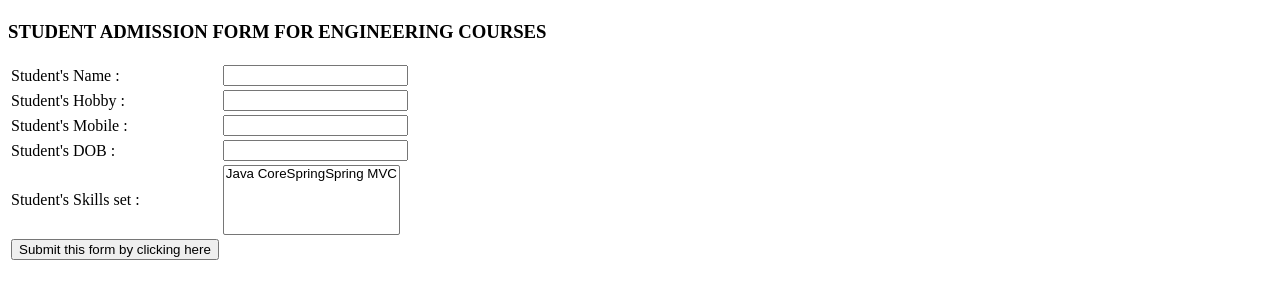
Repository: anujsachan89/Spring-MVC
Page: http://localhost/SpringMVC10/WEB-INF/jsp/AdmissionForm.jsp
These files come from the project's save history. The page is drawn as it stood at one moment and after the next save; the edit follows.
The browser window is 1280 px wide. The pictures show the whole page.
The page is served by Tomcat 9. Nobody is signed in. Other server files are loaded and not shown. The template is opened directly, without the code that normally fills it, so the values that code supplies are empty.

Above is the page before, as saved 2017-02-04 09:58:04.

### Spring-MVC workspace/SpringMVC10/src/main/webapp/WEB-INF/jsp/AdmissionForm.jsp
<%@ page language="java" contentType="text/html; charset=UTF-8"
	pageEncoding="UTF-8"%>
<!DOCTYPE html PUBLIC "-//W3C//DTD HTML 4.01 Transitional//EN" "http://www.w3.org/TR/html4/loose.dtd">
<html>
<head>
<meta http-equiv="Content-Type" content="text/html; charset=UTF-8">
<title>Insert title here</title>
</head>
<body>

	<h1>${headerMessage}</h1>

	<h3> STUDENT ADMISSION FORM FOR ENGINEERING COURSES</h3>

	<form action="submitAdmissionForm" method="post">

		<table>
		<tr>
			<td>Student's Name : </td><td>        <input type="text" name="studentName" /></td>
		</tr>
		<tr>
			<td>Student's Hobby : </td><td>       <input type="text" name="studentHobby" /></td>
		</tr>

			<tr>
			<td>Student's Mobile : </td><td>      <input type="text" name="studentMobile" /></td>
		</tr>
		<tr>
			<td>Student's DOB : </td><td>     	   <input type="text" name="studentDOB" /></td>
		</tr>
		<tr>
			<td>Student's Skills set :</td><td>    <select name="studentSkills" multiple>
													<option value="Java Core">Java Core</
													<option value="Spring Core">Spring</
													<option value="Spring MVC">Spring MVC</
													</select><td>
		</tr>

		<tr><td><input type="submit" value="Submit this form by clicking here" /></td></tr>

		</table>

	</form>

</body>
</html>

After the next save:
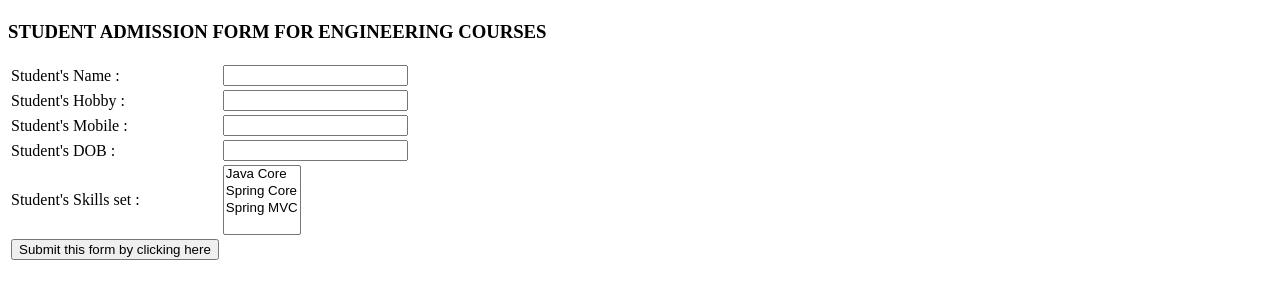
Saved 3 min 12 s later.
--- a/Spring-MVC workspace/SpringMVC10/src/main/webapp/WEB-INF/jsp/AdmissionForm.jsp
+++ b/Spring-MVC workspace/SpringMVC10/src/main/webapp/WEB-INF/jsp/AdmissionForm.jsp
@@ -30,9 +30,9 @@
 		</tr>
 		<tr>
 			<td>Student's Skills set :</td><td>    <select name="studentSkills" multiple>
-													<option value="Java Core">Java Core</
-													<option value="Spring Core">Spring</
-													<option value="Spring MVC">Spring MVC</
+													<option value="Java Core">Java Core</option>
+													<option value="Spring Core">Spring Core</option>
+													<option value="Spring MVC">Spring MVC</option>
 													</select><td>
 		</tr>
 
